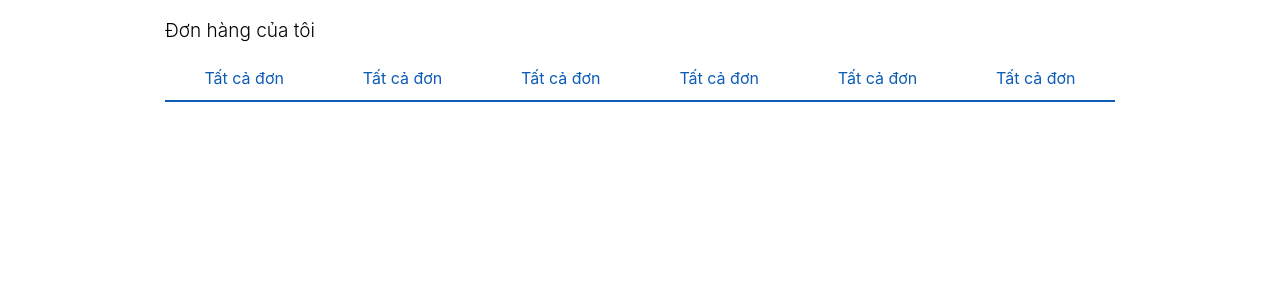
Repository: baopham2-tiki/tiki-order-listing
Page: /oderApp
The author's editor kept a copy of each file at every save. The page is drawn from the files as they stood at one save, then again after the next save.
The browser window is 1280 px wide. The pictures show the whole page.
The project was rebuilt for these pictures with package versions that can differ from the ones it lists, and the page was loaded fresh each time. The framework's server and built-in components were replaced by stand-ins that run in the browser. Also part of the build but not shown: next.config.js.

Above is the page before, as saved 2022-11-10 00:13:51.

### pages/_app.tsx
import '../styles/globals.css'
import type { AppProps } from 'next/app'
import { store } from '../store'
import { Provider } from 'react-redux'

export default function App({ Component, pageProps }: AppProps) {
  return (
    <Provider store={store}>
      <Component {...pageProps} />
    </Provider>
  )
}

### pages/oderApp.tsx
import React from 'react'
import styled from 'styled-components'

const StyledOrderApp = styled.div`
  max-width: 950px;
  margin: 0 auto;
`
const Heading = styled.div`
  font-size: 19px;
  line-height: 21px;
  font-weight: 300;
  margin: 20px 0px 15px;
`
const StyledTabs = styled.div`
  cursor: pointer;
  background: rgb(255, 255, 255);
  width: 100%;
  display: flex;
  flex-direction: row;
  overflow: hidden;
  position: sticky;
  top: 0px;
  z-index: 10;
`
const StyledOrderTabs = styled.div`
  width: 16.6667%;
  padding: 12px 0px;
  text-align: center;
  color: rgb(13, 92, 182);
  border-bottom: 2px solid rgb(13, 92, 182);
  .active {
    border-bottom: none !important;
  }
`
export default function oderApp() {
  return (
    <StyledOrderApp>
      <Heading>Đơn hàng của tôi</Heading>
      <StyledTabs>
        <StyledOrderTabs>Tất cả đơn</StyledOrderTabs>
        <StyledOrderTabs className="active">Tất cả đơn</StyledOrderTabs>
        <StyledOrderTabs>Tất cả đơn</StyledOrderTabs>
        <StyledOrderTabs>Tất cả đơn</StyledOrderTabs>
        <StyledOrderTabs>Tất cả đơn</StyledOrderTabs>
        <StyledOrderTabs>Tất cả đơn</StyledOrderTabs>
      </StyledTabs>
    </StyledOrderApp>
  )
}

### store.ts
import { configureStore } from '@reduxjs/toolkit';
import counterReducer from './slices/counterSlice';

export const store = configureStore({
  reducer: {
    counter: counterReducer,
  },
});
// Infer the `RootState` and `AppDispatch` types from the store itself
export type RootState = ReturnType<typeof store.getState>;
// Inferred type: {posts: PostsState, comments: CommentsState, users: UsersState}
export type AppDispatch = typeof store.dispatch;

### slices/counterSlice.ts
import { createSlice } from '@reduxjs/toolkit';
import type { PayloadAction } from '@reduxjs/toolkit';

export interface CounterState {
  value: number;
}

const initialState: CounterState = {
  value: 0,
};

export const counterSlice = createSlice({
  name: 'counter',
  initialState,
  reducers: {
    increment: (state) => {
      state.value += 1;
    },
    decrement: (state) => {
      state.value -= 1;
    },
    incrementByAmount: (state, action: PayloadAction<number>) => {
      state.value += action.payload;
    },
  },
});

// Action creators are generated for each case reducer function
export const { increment, decrement, incrementByAmount } = counterSlice.actions;

export default counterSlice.reducer;

Loaded but not shown: styles/globals.css (common file)

After the next save:
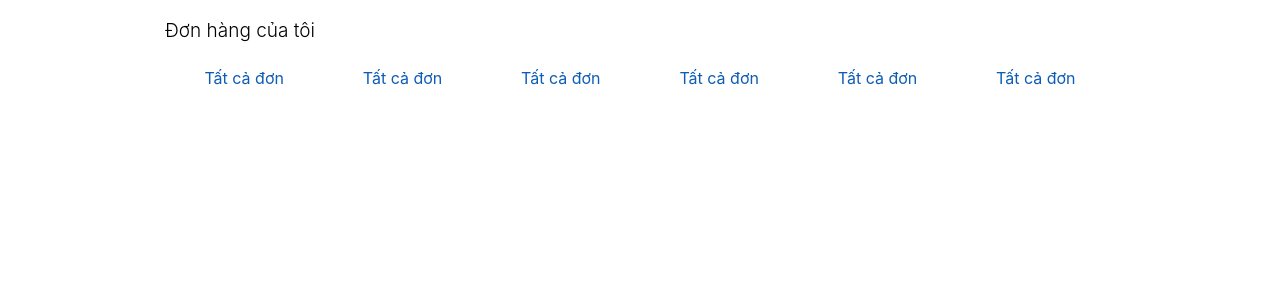
Saved 16 s later.
--- a/pages/oderApp.tsx
+++ b/pages/oderApp.tsx
@@ -27,10 +27,7 @@ const StyledOrderTabs = styled.div`
   padding: 12px 0px;
   text-align: center;
   color: rgb(13, 92, 182);
-  border-bottom: 2px solid rgb(13, 92, 182);
-  .active {
-    border-bottom: none !important;
-  }
+  border-bottom: none;
 `
 export default function oderApp() {
   return (
